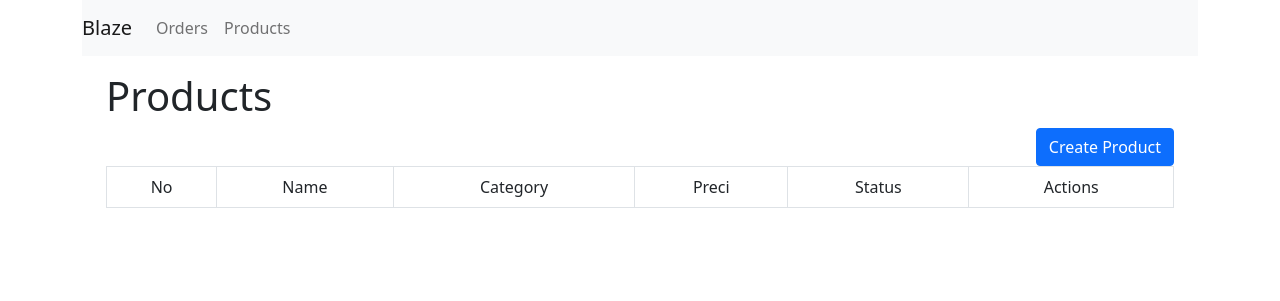
Repository: Isamae/Fractal
Page: /products (app in frond/)
These files come from the project's save history. The page is drawn as it stood at one moment and after the next save; the edit follows.
The browser window is 1280 px wide. The pictures show the whole page.
The page's requests for data from a server got no answer. The project was rebuilt for these pictures with package versions that can differ from the ones it lists, and the page was loaded fresh each time. No one was signed in, and anything a server would have sent is missing. Also part of the build but not shown: frond/src/App.css, frond/src/components/OrderComponent.js, frond/src/components/AddProductComponent.js.

Above is the page before, as saved 2021-09-16 21:13:23.

After the next save:
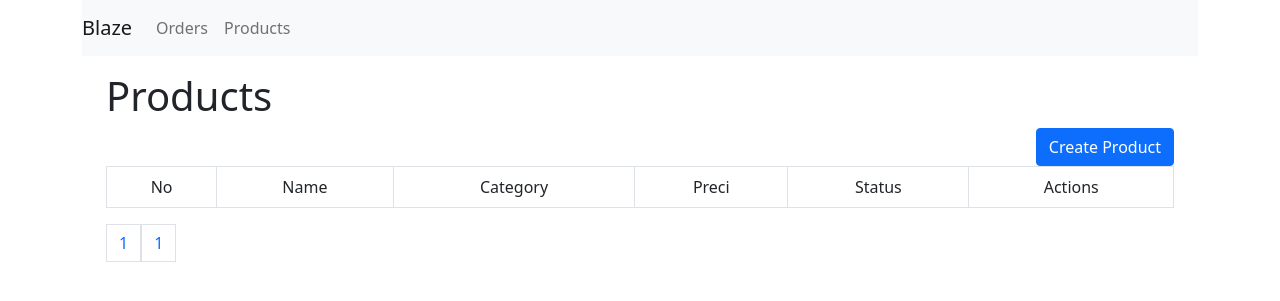
Saved 47 s later.
--- a/frond/src/components/ProductComponent.js
+++ b/frond/src/components/ProductComponent.js
@@ -71,7 +71,8 @@ class ProductComponent extends React.Component{
                         </table>
                         <nav>
                             <ul className="pagination">
-
+                                <li className="page-link">1</li>
+                                <li className="page-link">1</li>
                             </ul>
                         </nav>
                     </div>
